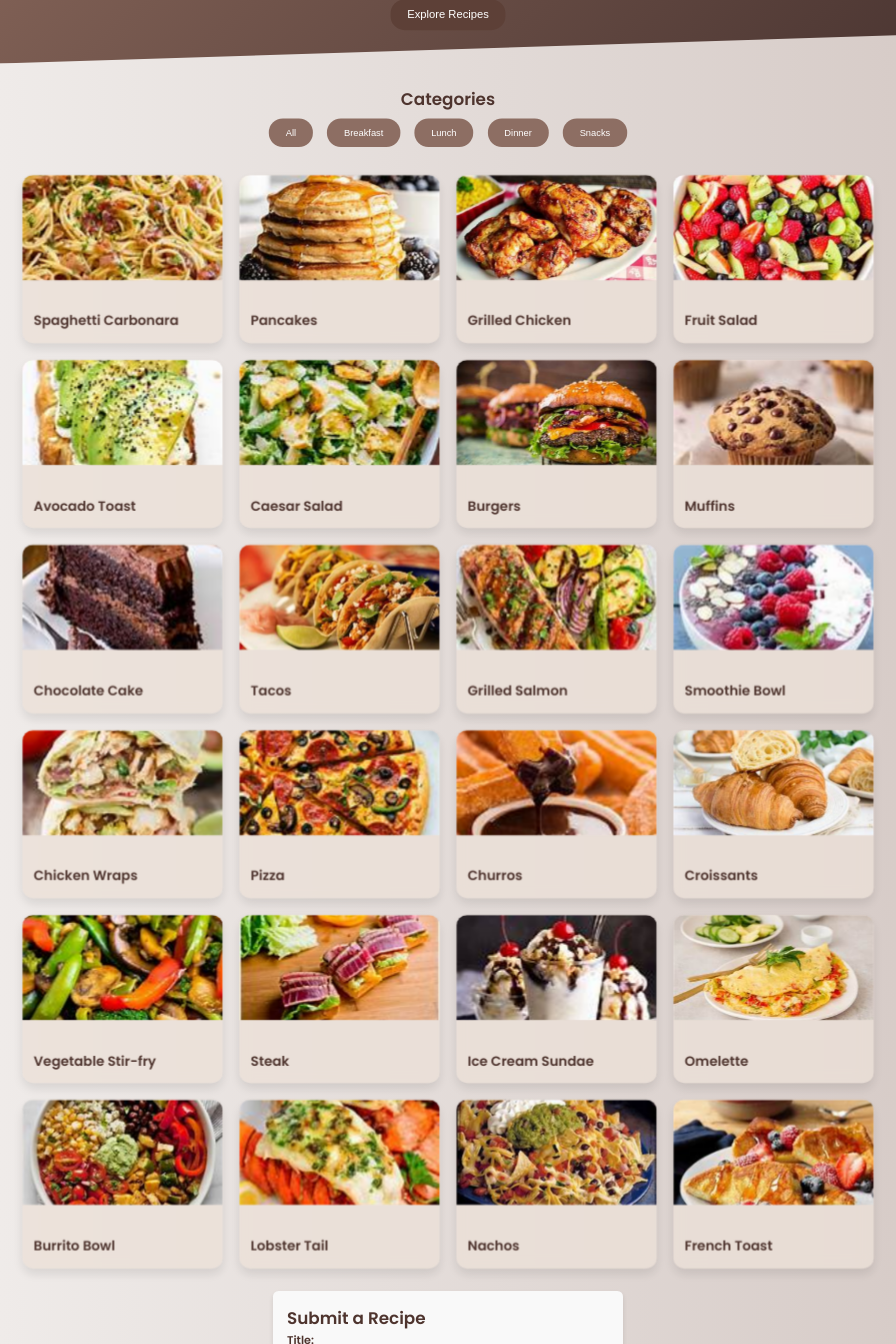
Repository: Patience225/recipe-app
Page: index.html
These files come from the project's save history. The page is drawn as it stood at one moment and after the next save; the edit follows.
The browser window is 1280 px wide. The pictures show the part of the page from y = 373 to 2293 px (the page is 2780 px tall before and 953 px after), at 70% of full size.

Above is the page before, as saved 2025-01-30 03:30:43.

### index.html
<!DOCTYPE html>
<html lang="en">
<head>
  <meta charset="UTF-8">
  <meta name="viewport" content="width=device-width, initial-scale=1.0">
  <title>Recipe App</title>
  <link href="https://fonts.googleapis.com/css2?family=Poppins:wght@400;600&display=swap" rel="stylesheet">
  <link rel="stylesheet" href="styles.css">
  <link rel="icon" href="images/favicon-logo-recipe.png" type="image/png">
</head>
<body>
  <header>
    <h1>Recipe App</h1>
    <p>Your gateway to delicious inspirations 🍲</p>
    <input type="text" id="search" placeholder="Search for recipes...">
    <button id="theme-toggle">🌙</button>
  </header>

  <section class="hero">
    <h2>Discover the Joy of Cooking</h2>
    <p>Browse through a collection of amazing recipes handpicked for you!</p>
    <button id="explore-btn">Explore Recipes</button>
  </section>

  <section id="categories">
    <h2>Categories</h2>
    <div class="category-buttons">
      <button data-category="All">All</button>
      <button data-category="Breakfast">Breakfast</button>
      <button data-category="Lunch">Lunch</button>
      <button data-category="Dinner">Dinner</button>
      <button data-category="Snacks">Snacks</button>
    </div>
  </section>

  <section id="recipe-list"></section>

  <div id="recipe-modal" class="modal">
    <div class="modal-content">
      <span class="close-btn">&times;</span>
      <h2 id="modal-title">Click on a Recipe to View...</h2>
      <img id="modal-image" src="" alt="">
      <h3>Ingredients:</h3>
      <ul id="modal-ingredients"></ul>
      <h3>Preparation Steps:</h3>
      <ol id="modal-preparation"></ol>
    </div>
  </div>

  <div id="recipe-form-container">
    <h2>Submit a Recipe</h2>
    <form id="recipe-form">
      <label for="recipe-title">Title:</label>
      <input type="text" id="recipe-title" required>

      <label for="recipe-category">Category:</label>
      <select id="recipe-category">
        <option value="Breakfast">Breakfast</option>
        <option value="Lunch">Lunch</option>
        <option value="Dinner">Dinner</option>
        <option value="Snacks">Snacks</option>
      </select>

      <label for="recipe-image">Image URL:</label>
      <input type="url" id="recipe-image" required>

      <button type="submit">Submit Recipe</button>
    </form>
  </div>

  <footer>
    <p>&copy; 2025 Recipe App | Made with love for You❤️</p>
  </footer>

  <script src="script.js"></script>
  <script>
    if ("serviceWorker" in navigator) {
      window.addEventListener("load", () => {
        navigator.serviceWorker.register("/sw.js").then(
          (registration) => {
            console.log("Service Worker registered with scope:", registration.scope);
          },
          (error) => {
            console.log("Service Worker registration failed:", error);
          }
        );
      });
    }
  </script>
</body>
</html>

### styles.css
* {
  margin: 0;
  padding: 0;
  box-sizing: border-box;
}

body {
  font-family: 'Poppins', sans-serif;
  background: linear-gradient(to right, #efebe9, #d7ccc8);
  color: #4e342e;
  line-height: 1.6;
}

header {
  background: linear-gradient(135deg, #795548, #3e2723);
  text-align: center;
  color: #fff;
  padding: 2rem;
  box-shadow: 0 4px 10px rgba(0, 0, 0, 0.1);
}

header h1 {
  font-size: 2.5rem;
  font-weight: 600;
}

header input {
  margin-top: 1rem;
  padding: 0.8rem 1rem;
  border-radius: 20px;
  border: none;
  outline: none;
  width: 80%;
  max-width: 400px;
  background: #efebe9;
  color: #4e342e;
}

header #theme-toggle {
  margin-top: 1rem;
  padding: 0.5rem 1rem;
  border: none;
  background: #d7ccc8;
  color: #3e2723;
  border-radius: 20px;
  cursor: pointer;
}

.hero {
  background: linear-gradient(135deg, rgba(121, 85, 72, 0.9), rgba(62, 39, 35, 0.9));
  color: #efebe9;
  text-align: center;
  padding: 3rem 2rem;
  margin-top: -1rem;
  clip-path: polygon(0 0, 100% 0, 100% 85%, 0 100%);
}

.hero h2 {
  font-size: 2rem;
  margin-bottom: 1rem;
}

.hero p {
  font-size: 1.2rem;
  margin-bottom: 2rem;
}

.hero button {
  padding: 0.8rem 1.5rem;
  background-color: #5d4037;
  color: white;
  border: none;
  border-radius: 20px;
  font-size: 1rem;
  cursor: pointer;
}

.hero button:hover {
  background-color: #4e342e;
}

#categories {
  margin: 2rem auto;
  text-align: center;
}

.category-buttons button {
  margin: 0.5rem;
  padding: 0.8rem 1.5rem;
  background-color: #8d6e63;
  color: white;
  border: none;
  border-radius: 20px;
  cursor: pointer;
}

.category-buttons button:hover {
  background-color: #6d4c41;
}

#recipe-list {
  display: grid;
  grid-template-columns: repeat(auto-fill, minmax(250px, 1fr));
  gap: 1.5rem;
  margin: 2rem;
}

.recipe-card {
  background: rgba(236, 224, 216, 0.8);
  backdrop-filter: blur(10px);
  border-radius: 15px;
  box-shadow: 0 8px 15px rgba(0, 0, 0, 0.1);
  transition: transform 0.3s;
  overflow: hidden;
}

.recipe-card img {
  width: 100%;
  height: 150px;
  object-fit: cover;
}

.recipe-card h3 {
  padding: 1rem;
  font-size: 1.2rem;
  color: #4e342e;
}

.recipe-card:hover {
  transform: scale(1.05);
}

footer {
  text-align: center;
  padding: 1.5rem;
  background: #3e2723;
  color: white;
  margin-top: 2rem;
}

body.dark-theme {
  background: #212121;
  color: white;
}

body.dark-theme header {
  background: linear-gradient(135deg, #4e342e, #3e2723);
}

body.dark-theme .hero {
  background: linear-gradient(135deg, rgba(62, 39, 35, 0.9), rgba(33, 33, 33, 0.9));
}

body.dark-theme .recipe-card {
  background: rgba(62, 39, 35, 0.8);
}

body.dark-theme footer {
  background: #3e2723;
}

#recipe-form-container {
  max-width: 500px;
  margin: 0 auto;
  padding: 20px;
  background-color: #f9f9f9;
  border-radius: 8px;
  box-shadow: 0 4px 8px rgba(0, 0, 0, 0.1);
}

#recipe-form label {
  display: block;
  margin-bottom: 8px;
  font-weight: 600;
}

#recipe-form input,
#recipe-form select,
#recipe-form button {
  width: 100%;
  padding: 10px;
  margin-bottom: 15px;
  border: 1px solid #ccc;
  border-radius: 4px;
  font-size: 16px;
}

#recipe-form button {
  background-color: #4e342e;
  color: #fff;
  border: none;
  cursor: pointer;
  transition: background-color 0.3s ease;
}

#recipe-form button:hover {
  background-color: #4e342e;
}


#recipe-form {
  display: flex;
  flex-direction: column;
  gap: 10px;
}

/* Modal styling */
.modal {
  display: none;
  position: fixed;
  z-index: 1;
  left: 0;
  top: 0;
  width: 100%;
  height: 100%;
  overflow: auto;
  background-color: rgba(0, 0, 0, 0.5);
}

.modal-content {
  background-color: #fefefe;
  margin: 10% auto;
  padding: 20px;
  border: 1px solid #888;
  width: 80%;
  max-width: 600px;
  border-radius: 8px;
}

.close-btn {
  color: #aaa;
  float: right;
  font-size: 28px;
  font-weight: bold;
}

.close-btn:hover,
.close-btn:focus {
  color: black;
  text-decoration: none;
  cursor: pointer;
}

#modal-image {
  width: 100%;
  height: auto;
  margin-bottom: 20px;
}

h3 {
  margin-top: 20px;
}

ul, ol {
  margin-left: 20px;
}

Loaded but not shown: script.js (624 lines, source omitted)

After the next save:
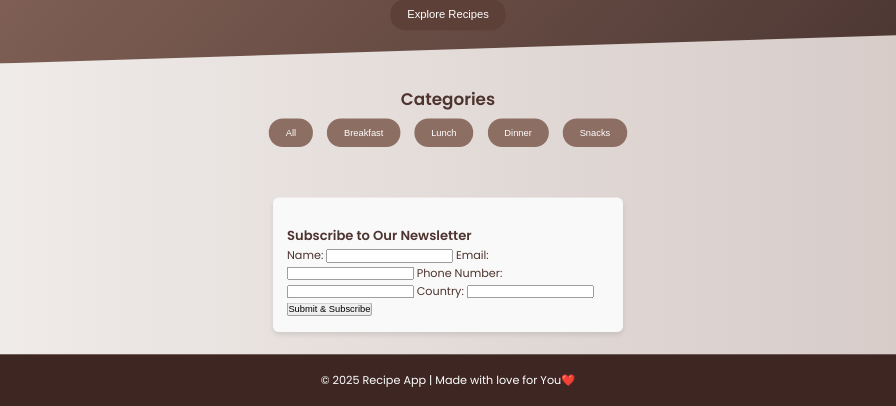
Console error: TypeError: Cannot read properties of null (reading 'addEventListener')
Saved 10 min 10 s later.
--- a/index.html
+++ b/index.html
@@ -48,23 +48,20 @@
   </div>
 
   <div id="recipe-form-container">
-    <h2>Submit a Recipe</h2>
-    <form id="recipe-form">
-      <label for="recipe-title">Title:</label>
-      <input type="text" id="recipe-title" required>
+    <h3>Subscribe to Our Newsletter</h3>
+      <label for="user-name">Name:</label>
+      <input type="text" id="user-name" required>
 
-      <label for="recipe-category">Category:</label>
-      <select id="recipe-category">
-        <option value="Breakfast">Breakfast</option>
-        <option value="Lunch">Lunch</option>
-        <option value="Dinner">Dinner</option>
-        <option value="Snacks">Snacks</option>
-      </select>
+      <label for="user-email">Email:</label>
+      <input type="email" id="user-email" required>
 
-      <label for="recipe-image">Image URL:</label>
-      <input type="url" id="recipe-image" required>
+      <label for="user-phone">Phone Number:</label>
+      <input type="tel" id="user-phone" required>
 
-      <button type="submit">Submit Recipe</button>
+      <label for="user-country">Country:</label>
+      <input type="text" id="user-country" required>
+
+      <button type="submit">Submit & Subscribe</button>
     </form>
   </div>
 
